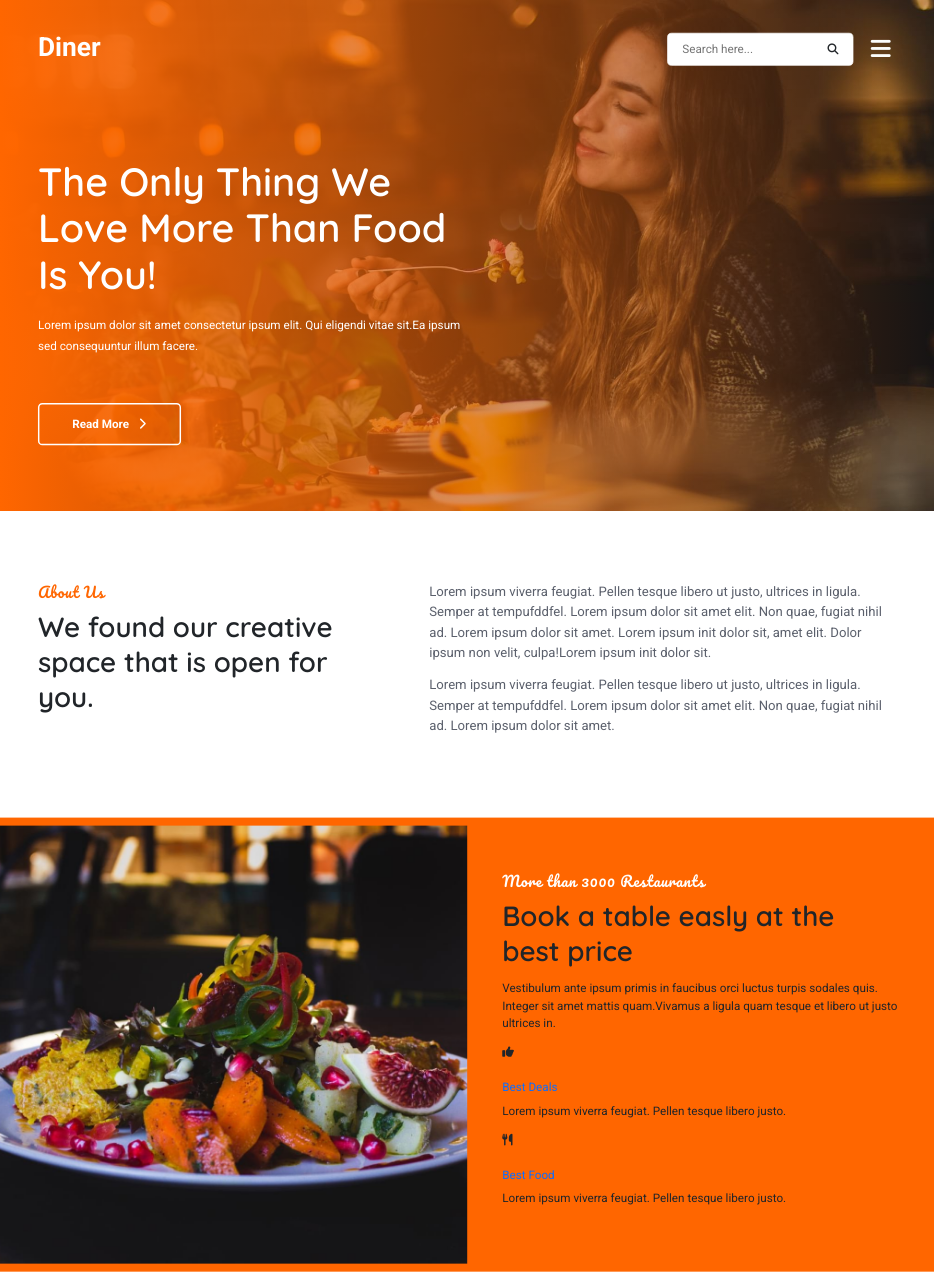
Repository: minhtrivu6199/Diner
Page: index.html
These files come from the project's save history. The page is drawn as it stood at one moment and after the next save; the edit follows.
The browser window is 1280 px wide. The pictures show the whole page, at 73% of full size.
Backgrounds fixed to the window are drawn as part of the page. The style sheet was rebuilt from its Sass, Less or Tailwind sources for each picture, by a compiler version that may differ from the author's.

Above is the page before, as saved 2022-10-10 15:54:38.

After the next save:
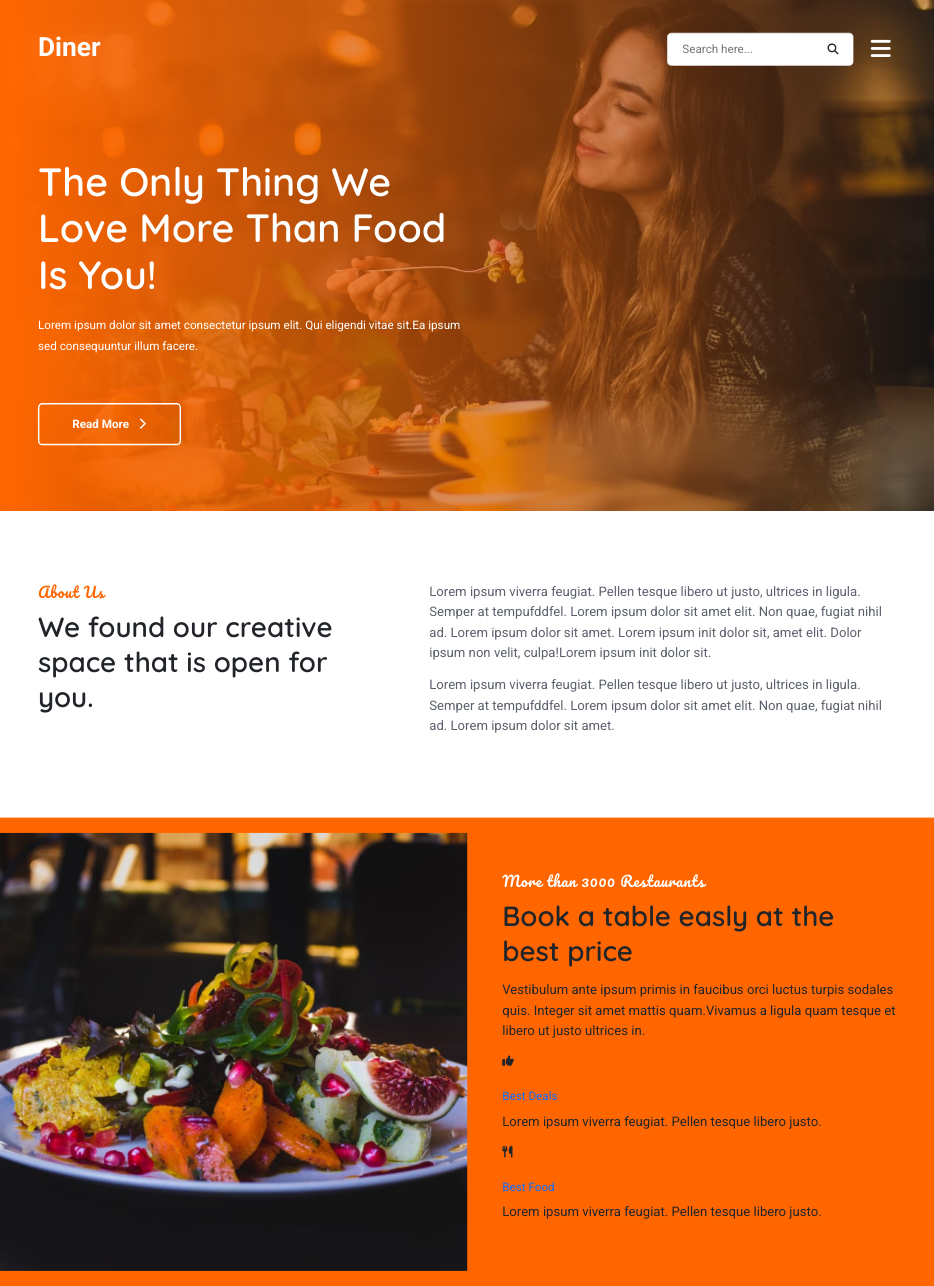
Saved 79 s later.
--- a/scss/base/_variables.scss
+++ b/scss/base/_variables.scss
@@ -55,3 +55,8 @@ a {
     font-weight: 600;
     font-family: 'Quicksand', sans-serif;
 }
+
+p {
+    font-size: 18px;
+    line-height: 28px;
+}
